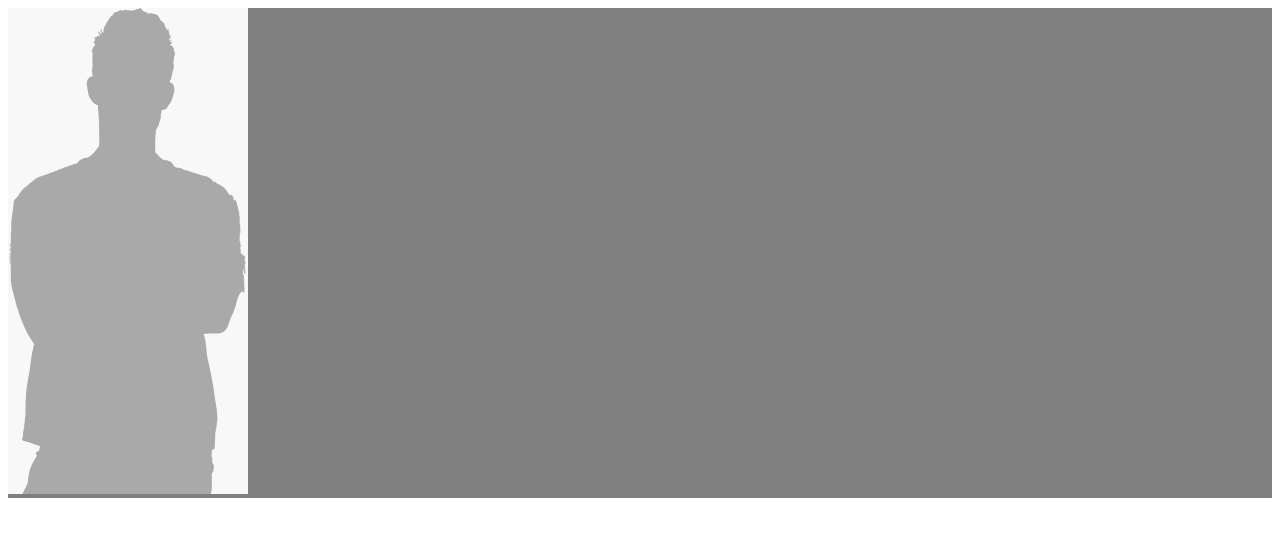
Repository: kpavankumaar/online_uk_class
Page: javascript/index.html
An editor plug-in stored every save of this project. The page is shown before and after the next save, followed by the edit.
The browser window is 1280 px wide. The pictures show the whole page.
After loading, the first visible `div.data` was clicked once.

Above is the page before, as saved 2022-01-11 15:04:47.

After the next save:
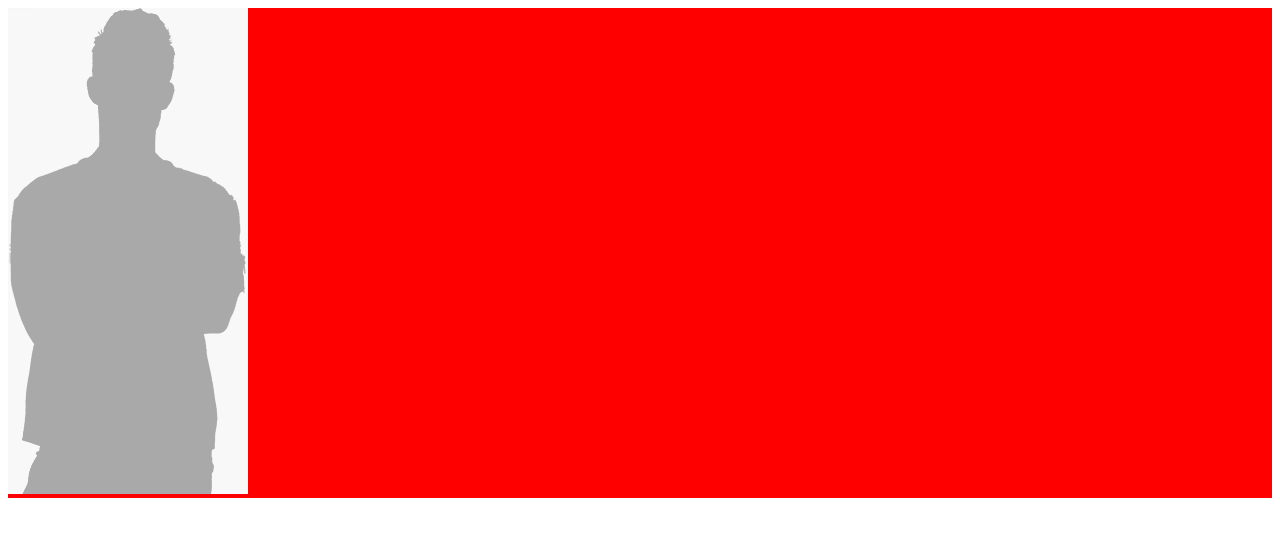
Saved 19 s later.
--- a/javascript/day4/basics.js
+++ b/javascript/day4/basics.js
@@ -15,5 +15,5 @@ test();
 var ele = document.getElementsByTagName("div")[0];
 ele.onclick = function(){
     console.log("data");
-    ele.style.backgroundColor = "grey";
+    ele.style.backgroundColor = "red";
 }
